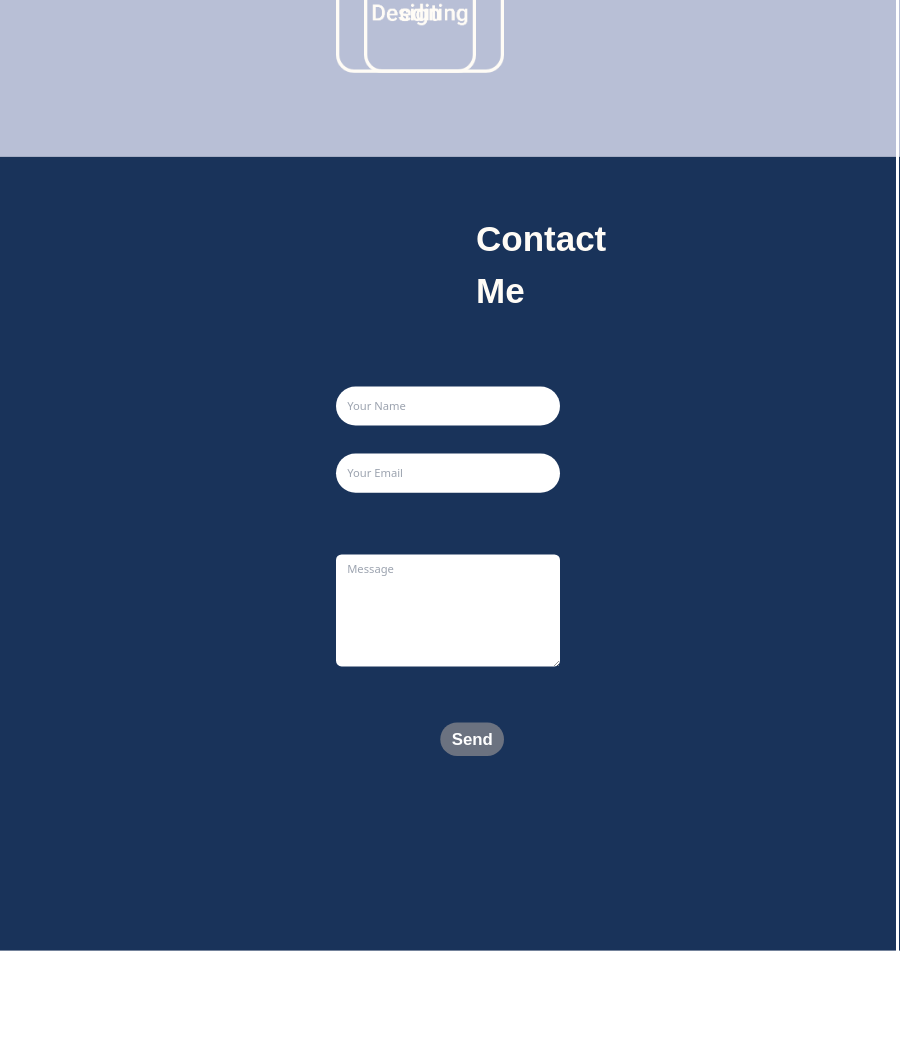
Repository: MEROO1010/my_portfolio
Page: /
An editor plug-in stored every save of this project. The page is shown before and after the next save, followed by the edit.
The browser window is 1280 px wide. The page is 1285 px wide, so the pictures cover 1285 px, including what lies to the right of the window. The pictures show the part of the page from y = 2760 to 4640 px (the page is 4278 px tall before and 4640 px after), at 70% of full size.
The project was rebuilt for these pictures with package versions that can differ from the ones it lists, and the page was loaded fresh each time. The framework's server and built-in components were replaced by stand-ins that run in the browser. Also part of the build but not shown: next.config.js.

Above is the page before, as saved 2023-08-17 09:39:44.

After the next save:
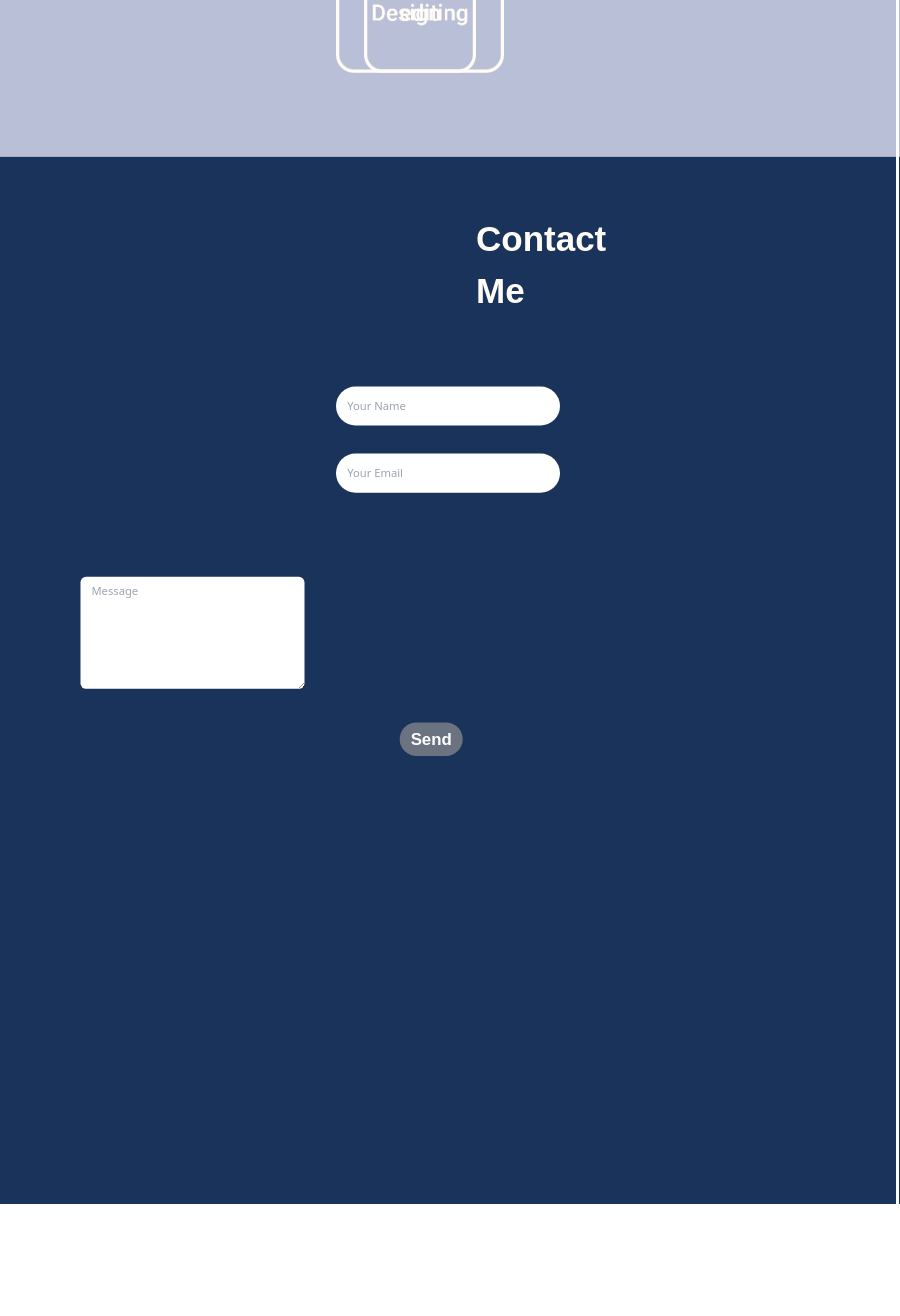
Saved 12 s later.
--- a/pages/components/Form.tsx
+++ b/pages/components/Form.tsx
@@ -6,7 +6,7 @@
     <input type="text" placeholder="Your Name" className="px-4 py-2 mx-4 my-2 rounded-full h-14 w-80"/><br/><br/>
     <input type="text" placeholder="Your Email" className="px-4 py-2 mx-4 my-2 rounded-full h-14 w-80"/><br/>
     <textarea placeholder="Message" className="relative px-4 py-2 mx-14 my-20  rounded-lg h-40 w-80"></textarea>
-    <button type="submit" className=" absolute right-60 px-4 py-2 mx-80 my-80 font-raleway text-2xl font-semibold text-white bg-gray-500 rounded-full">Send</button>
+    <button type="submit" className=" relative right-60 px-4 py-2 mx-80 my-80 font-raleway text-2xl font-semibold text-white bg-gray-500 rounded-full">Send</button>
 </div>
 
   )

After the 3 saves that followed:
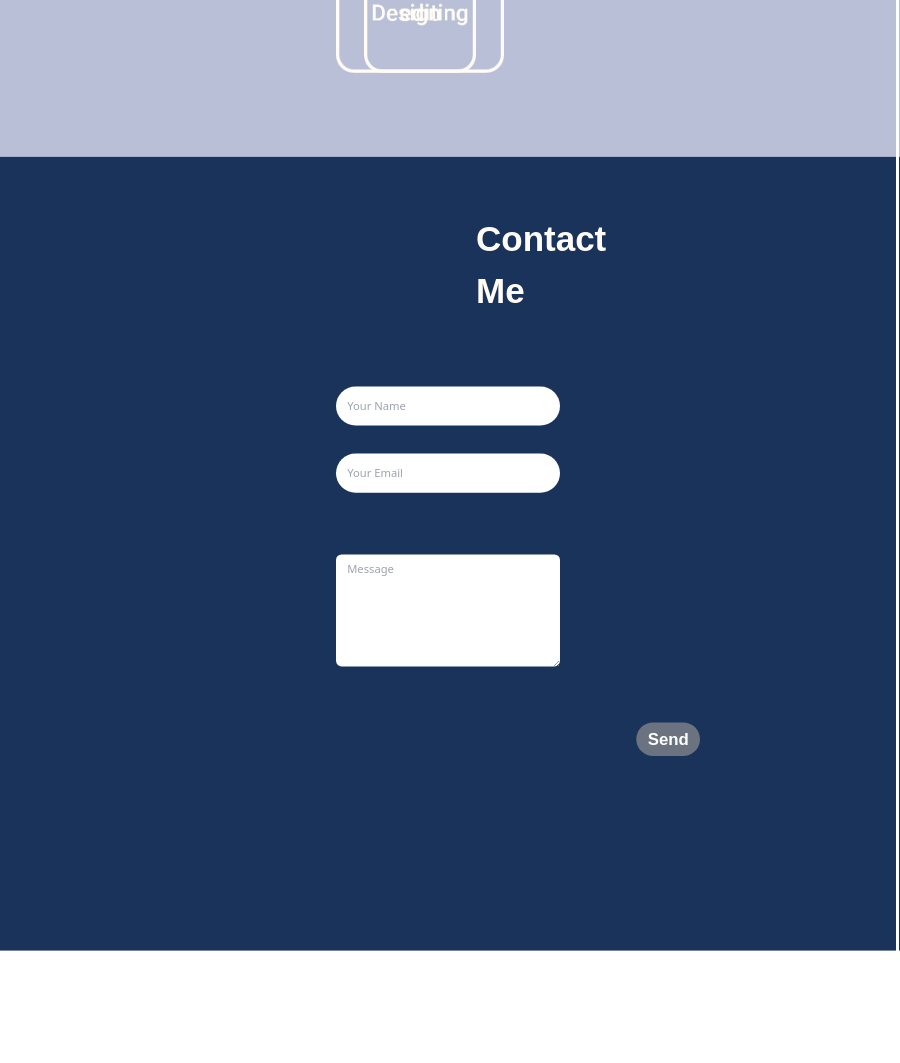
The 3 saves are shown as one change because they came seconds apart.
The last was saved 16 s later.
--- a/pages/components/Form.tsx
+++ b/pages/components/Form.tsx
@@ -6,7 +6,7 @@
     <input type="text" placeholder="Your Name" className="px-4 py-2 mx-4 my-2 rounded-full h-14 w-80"/><br/><br/>
     <input type="text" placeholder="Your Email" className="px-4 py-2 mx-4 my-2 rounded-full h-14 w-80"/><br/>
     <textarea placeholder="Message" className="relative px-4 py-2 mx-14 my-20  rounded-lg h-40 w-80"></textarea>
-    <button type="submit" className=" relative right-60 px-4 py-2 mx-80 my-80 font-raleway text-2xl font-semibold text-white bg-gray-500 rounded-full">Send</button>
+    <button type="submit" className=" absolute right-60 px-4 py-2 mx-10 my-80 font-raleway text-2xl font-semibold text-white bg-gray-500 rounded-full">Send</button>
 </div>
 
   )
